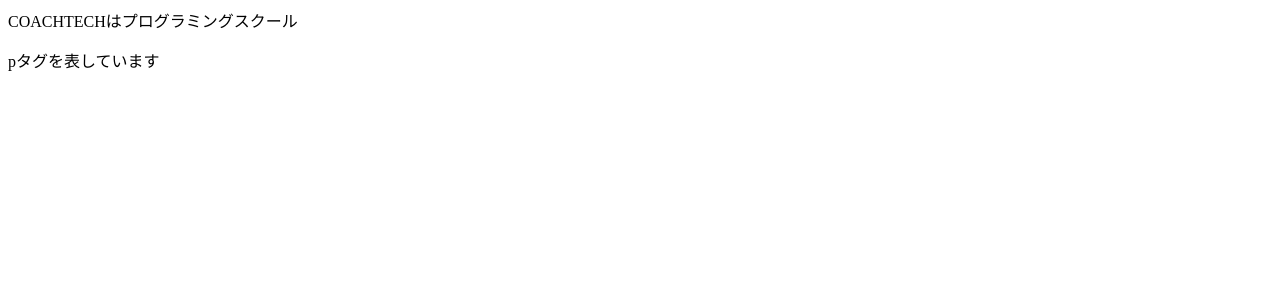
Repository: 9136424556/todo01
Page: coachtech/html-css/index.html
An editor plug-in stored every save of this project. The page is shown before and after the next save, followed by the edit.
The browser window is 1280 px wide. The pictures show the whole page.

Above is the page before, as saved 2023-11-19 11:33:41.

After the next save:
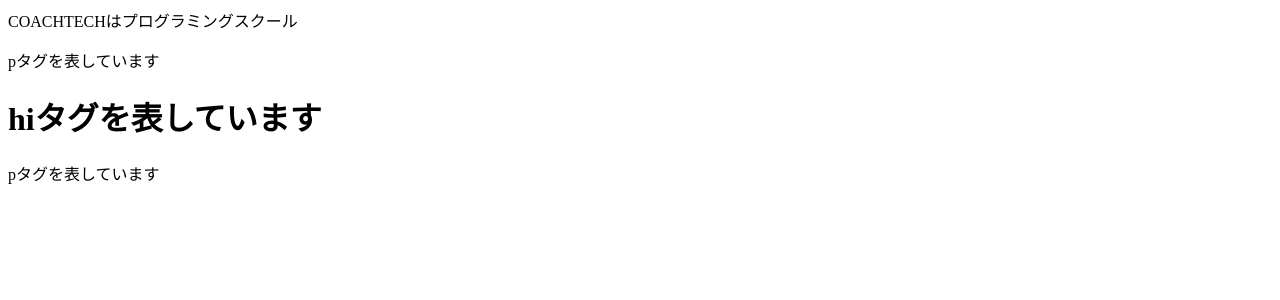
Saved 34 min 32 s later.
--- a/coachtech/html-css/index.html
+++ b/coachtech/html-css/index.html
@@ -9,6 +9,10 @@
       <div>
         <p>COACHTECHはプログラミングスクール</p>
         <p>pタグを表しています</p>
+
+        <h1>hiタグを表しています</h1>
+        <p>pタグを表しています</p>
+
       </div>
    </body>
 </html>
